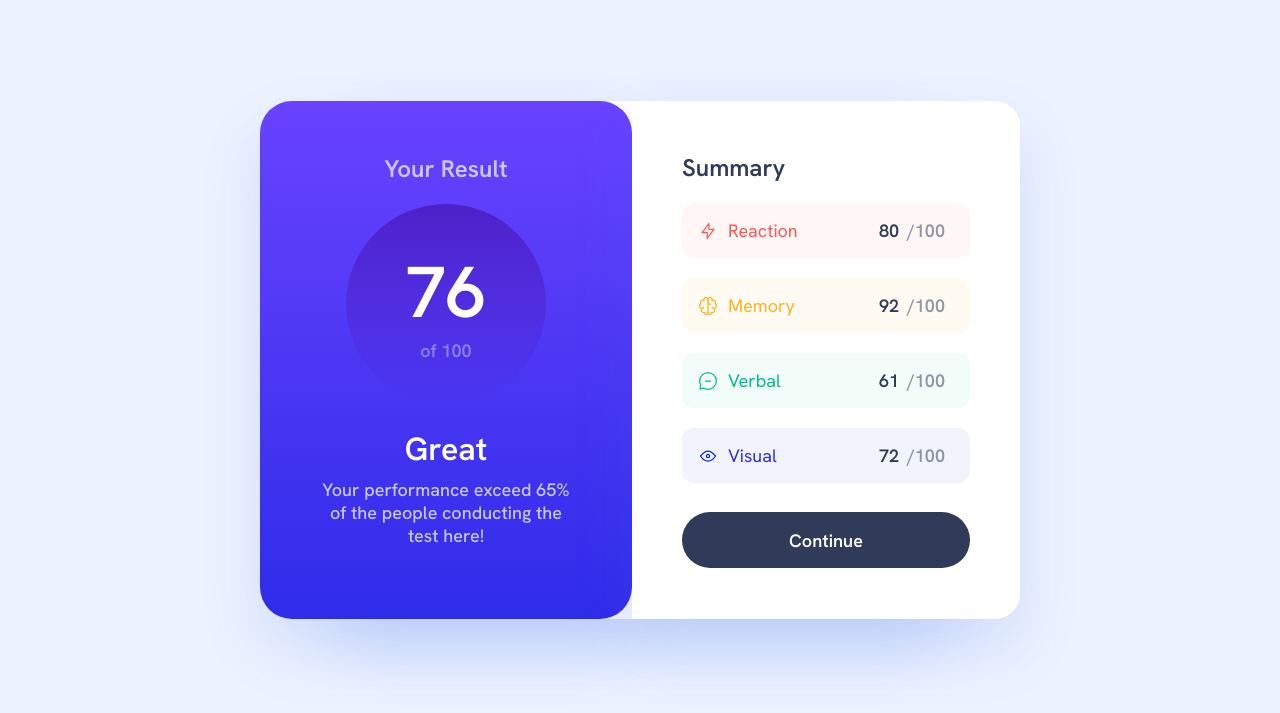
Repository: KamoliddinGIT/result-summary
Page: index.html
These files come from the project's save history. The page is drawn as it stood at one moment and after a run of saves; the edit follows.
The browser window is 1280 px wide. The pictures show the whole page.

Above is the page before, as saved 2023-09-08 17:15:33.

After the next 2 saves:
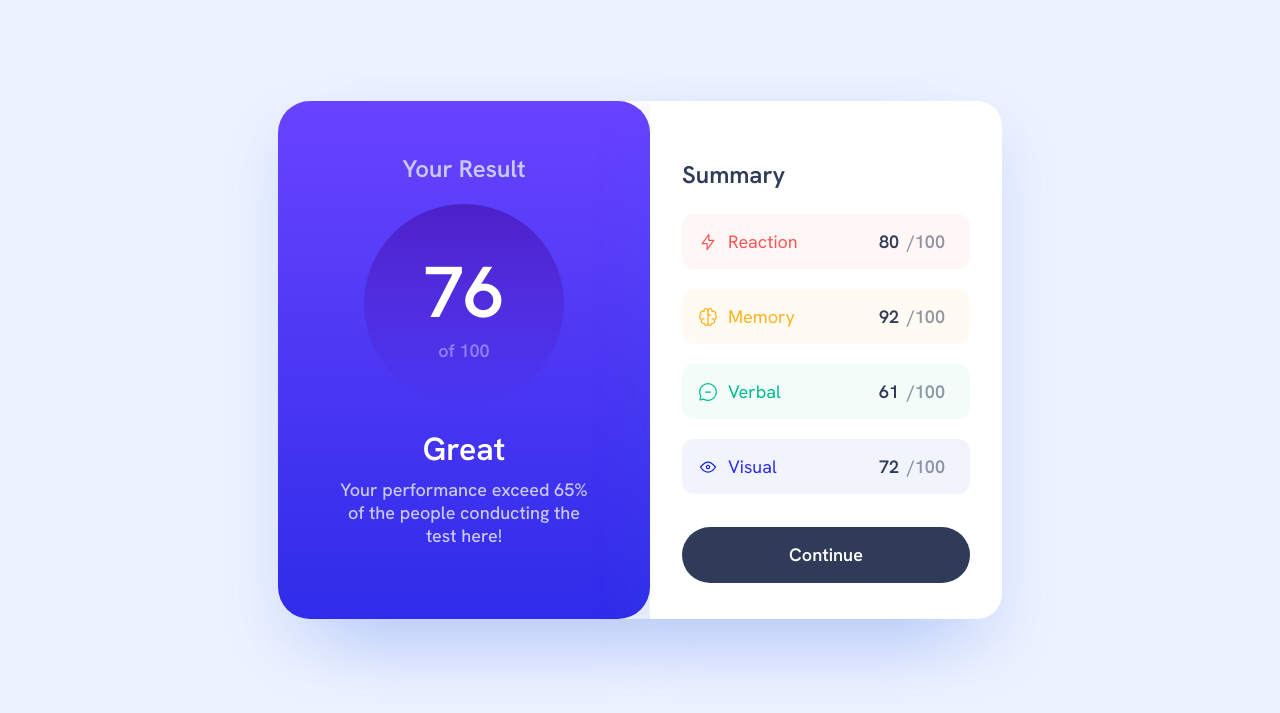
The 2 saves are shown as one change because they came seconds apart.
The last was saved 7 s later.
--- a/css/style.css
+++ b/css/style.css
@@ -66,8 +66,7 @@ body {
   width: 50%;
   height: 100%;
   border-radius: 0 25px 25px 0;
-  padding: 24px 32px 32px;
-  padding: 50px;
+  padding: 54px 32px 32px;
   box-shadow: 0px 30px 60px 0px rgba(61, 108, 236, 0.15);
 }
 
